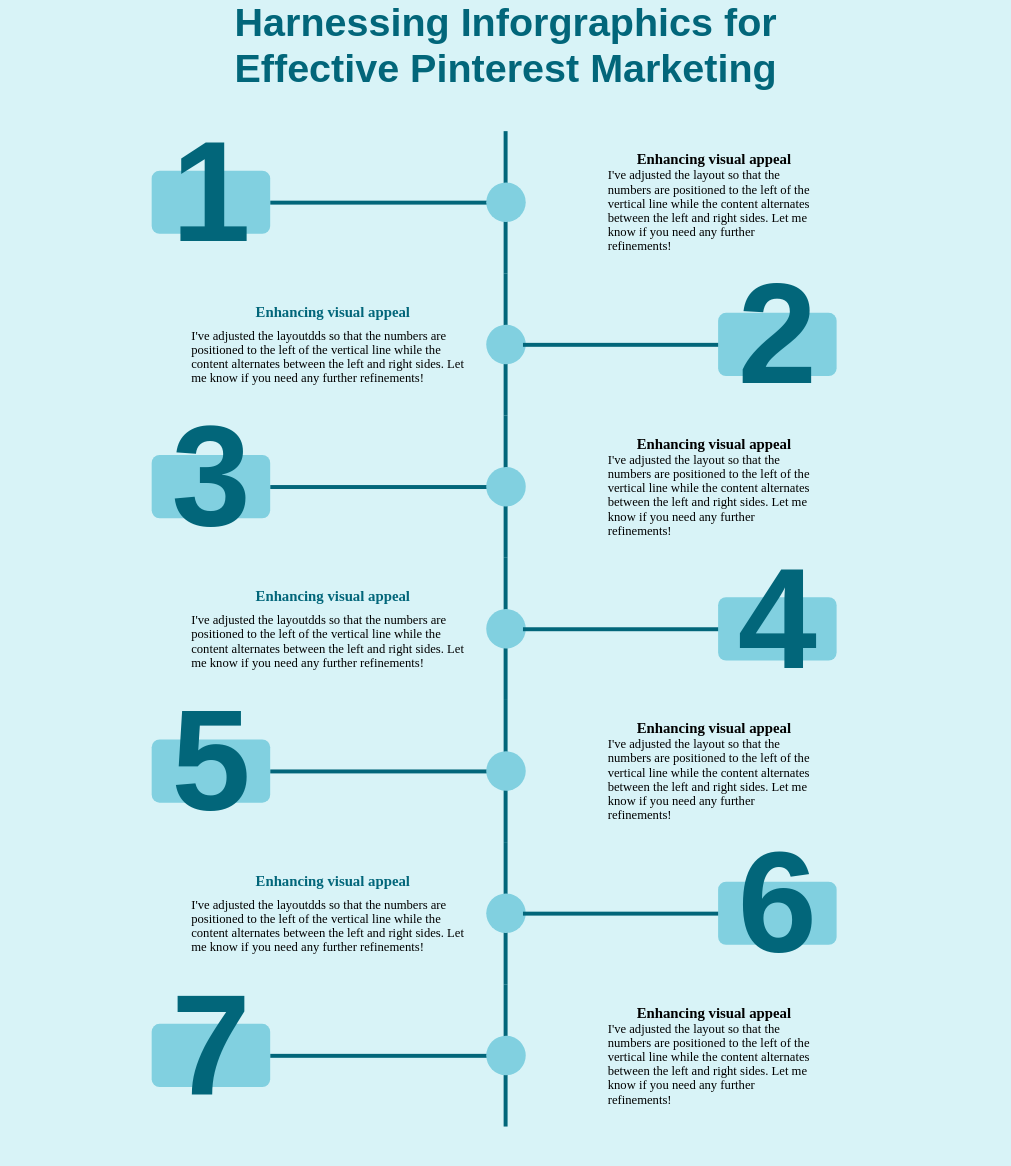
Repository: ayushrajput545/InforGraphic-page
Page: index.html
An editor plug-in stored every save of this project. The page is shown before and after the next save, followed by the edit.
The browser window is 1280 px wide. The pictures show the whole page, at 79% of full size.
Some web fonts or font styles are not loaded; a fallback is used.

Above is the page before, as saved 2025-04-01 23:52:22.

After the next save:
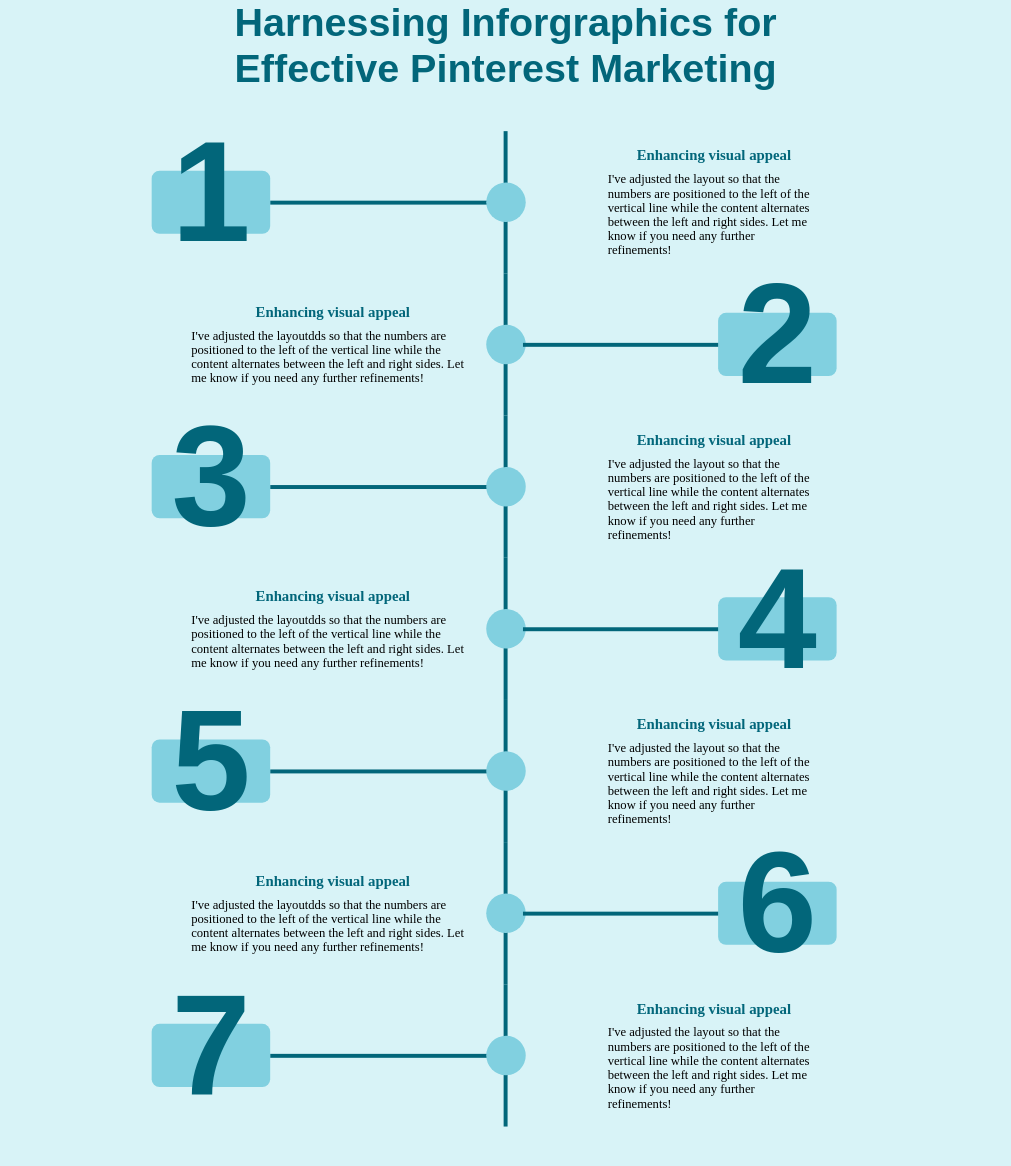
Saved 20 s later.
--- a/style.css
+++ b/style.css
@@ -90,7 +90,9 @@
 }
 
 .content-right h3{
+    color: #02667a;
     text-align: center;
+    margin-bottom: 10px;
 }
 
 
